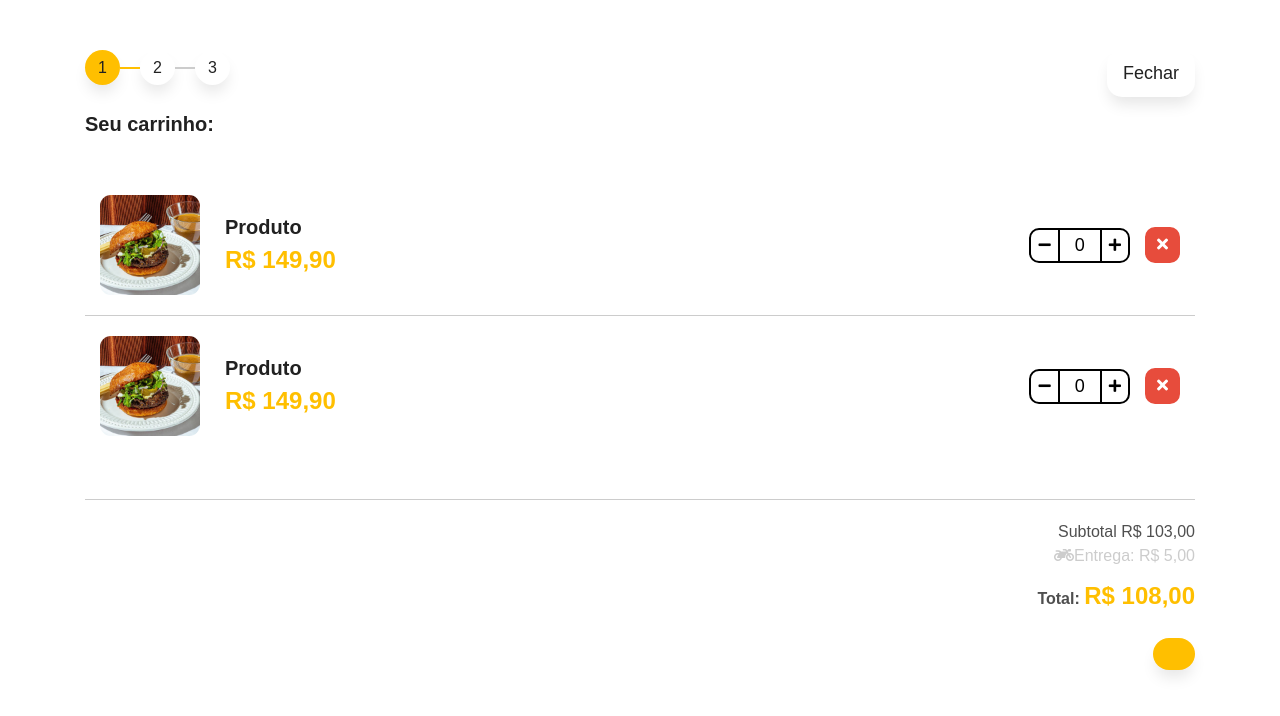
Repository: darkness318/restaraunt
Page: index.html
The author's editor kept a copy of each file at every save. The page is drawn from the files as they stood at one save, then again after the next save.
The browser window is 1280 px wide. The pictures show the window.
A layer covers the whole window, so only the first screen is drawn.

Above is the page before, as saved 2024-10-01 10:21:28.

### index.html
<!DOCTYPE html>
<html lang="pt-br">
  <head>
    <meta charset="UTF-8" />
    <meta name="viewport" content="width=device-width, initial-scale=1.0" />
    <title>Restaurente - Seja bem vindo!</title>
    <link rel="stylesheet" href="./css/bootstrap.min.css" />
    <link rel="stylesheet" href="./css/fontawesome.css" />
    <link rel="stylesheet" href="./css/main.css" />
  </head>

  <body>
    <section class="header">
      <div class="container">
        <nav class="navbar navbar-expand-lg pl-0 pr-0">
          <a class="navbar-brand" href="#">
            <img src="./img/logo.png" width="160" class="img-logo" />
          </a>
          <button
            class="navbar-toggler"
            type="button"
            data-toggle="collapse"
            data-target="#navbarNavDropdown"
          >
            <span class="navbar-toggler-icon">
              <i class="fas fa-bars"></i>
            </span>
          </button>
          <div class="collapse navbar-collapse" id="navbarNavDropdown">
            <ul class="navbar-nav ml-auto mr-auto">
              <li class="nav-item">
                <a href="#reservas" class="nav-link"><b>Reservas</b></a>
              </li>
              <li class="nav-item">
                <a href="#servicos" class="nav-link"><b>Serviços</b></a>
              </li>
              <li class="nav-item">
                <a href="#cardapio" class="nav-link"><b>Cardápio</b></a>
              </li>
              <li class="nav-item">
                <a href="#depoimentos" class="nav-link"><b>Depoimentos</b></a>
              </li>
            </ul>
            <a class="btn btn-white btn-icon">
              Meu carrinho
              <span class="icon">
                <i class="fa fa-shopping-bag"></i>
              </span>
            </a>
          </div>
        </nav>
      </div>
    </section>

    <section class="banner">
      <div class="container">
        <div class="row">
          <div class="col-6">
            <div class="d-flex text-banner">
              <h1>
                <b>Escolha sua comida <b class="color-primary">favorita.</b></b>
              </h1>
              <p>
                Aproveite nosso cardápio! Escolha o que desejar e receba em sua
                casa de forma rápida e segura.
              </p>
              <div>
                <a class="btn btn-yellow mt-4 mr-3"> Ver Cardápio </a>
                <a href="#" class="btn btn-white btn-icon-left mt-4">
                  <span class="icon-left">
                    <i class="fa fa-phone"></i>
                  </span>
                  (66) 9 9999-8888
                </a>
              </div>
            </div>
            <a class="btn btn-sm btn-white btn-social mt-4 mr-3">
              <i class="fab fa-instagram"></i>
            </a>
            <a class="btn btn-sm btn-white btn-social mt-4 mr-3">
              <i class="fab fa-facebook-f"></i>
            </a>
            <a class="btn btn-sm btn-white btn-social mt-4">
              <i class="fab fa-whatsapp"></i>
            </a>
          </div>
          <div class="col-6">
            <div class="card-banner"></div>
            <div class="d-flex img-banner">
              <img src="./img/burguer.png" />
            </div>
            <div class="card card-case">
              "Entrega rápida e funcionários simpáticos.
              <br />A comida chegou quente e <br />
              muito saborosa!"
              <span class="card-case-name">
                <b>Thiago Lopes</b>
              </span>
            </div>
          </div>
        </div>
      </div>
    </section>
    <section class="servicos" id="servicos">
      <div class="background-servicos"></div>

      <div class="container">
        <div class="class row">
          <div class="col-12 text-center mb-5">
            <span class="hint-title"><b>Serviços</b></span>
            <h1 class="title">
              <b>Como são nossos serviços?</b>
            </h1>
          </div>

          <div class="col-4 mb-5">
            <div class="card-icon text-center">
              <img src="./img/icone-pedido.svg" width="150 " />
            </div>

            <div class="card-text text-center mt-3">
              <p><b>Fácil de pedir</b></p>
              <span>
                Você só precisa de alguns passos para pedir sua comida.
              </span>
            </div>
          </div>

          <div class="col-4 mb-5">
            <div class="card-icon text-center">
              <img src="./img/icone-delivery.svg" width="250 " />
            </div>

            <div class="card-text text-center mt-3">
              <p><b>Entrega Rápida</b></p>
              <span> Nossa entrega é sempre pontual, rápida e segura. </span>
            </div>
          </div>

          <div class="col-4 mb-5">
            <div class="card-icon text-center">
              <img src="./img/icone-qualidade.svg" width="250 " />
            </div>

            <div class="card-text text-center mt-3">
              <p><b>Melhor qualidade</b></p>
              <span>
                Não só a rapidez na entrega, a qualidade também é o nosso forte.
              </span>
            </div>
          </div>
        </div>
      </div>
    </section>
    <section class="cardapio" id="cardapio">
      <div class="background-cardapio"></div>

      <div class="container">
        <div class="row">
          <div class="col-12 text-center mb-5">
            <span class="hint-title"><b>Cardápio</b></span>
            <h1 class="title">
              <b>Conheça o nosso Cardápio</b>
            </h1>
          </div>

          <div class="col-12 container-menu">
            <a class="btn btn-white btn-sm mr-3">
              <i class="fas fa-hamburger"></i>&nbsp;Burgers
            </a>
            <a class="btn btn-white btn-sm mr-3">
              <i class="fas fa-pizza-slice"></i>&nbsp;Pizzas
            </a>
            <a class="btn btn-white btn-sm mr-3">
              <i class="fas fa-drumstick-bite"></i>&nbsp;Churrasco
            </a>
            <a class="btn btn-white btn-sm mr-3">
              <i class="fas fa-bacon"></i>&nbsp;Steaks
            </a>
            <a class="btn btn-white btn-sm mr-3">
              <i class="fas fa-cocktail"></i>&nbsp;Bebidas
            </a>
            <a class="btn btn-white btn-sm mr-3">
              <i class="fas fa-ice-cream"></i>&nbsp;Sobremesas
            </a>
          </div>

          <div class="col-12">
            <div class="row" id="itensCardapio">
              <div class="col-3 mb-5">
                <div class="card card-item">
                  <div class="img-produto">
                    <img
                      src="./img/cardapio/burguers/burger-au-poivre-kit-4-pack.3ca0e39b02db753304cd185638dad518.jpg"
                    />
                  </div>
                  <p class="title-produto text-center mt-4">
                    <b>Nome do produto muito grande</b>
                  </p>
                  <p class="price-produto text-center">
                    <b>R$ 154,90</b>
                  </p>

                  <div class="add-carrinho">
                    <span class="btn-menos"><i class="fas fa-minus"></i></span>
                    <span class="btn-numero-itens">0</span>
                    <span class="btn-mais"><i class="fas fa-plus"></i></span>
                    <span class="btn btn-add"
                      ><i class="fa fa-shopping-bag"></i
                    ></span>
                  </div>
                </div>
              </div>

              <div class="col-3 mb-5">
                <div class="card card-item">
                  <div class="img-produto">
                    <img
                      src="./img/cardapio/burguers/burger-au-poivre-kit-4-pack.3ca0e39b02db753304cd185638dad518.jpg"
                    />
                  </div>
                  <p class="title-produto text-center mt-4">
                    <b>Nome do produto muito grande</b>
                  </p>
                  <p class="price-produto text-center">
                    <b>R$ 154,90</b>
                  </p>

                  <div class="add-carrinho">
                    <span class="btn-menos"><i class="fas fa-minus"></i></span>
                    <span class="btn-numero-itens">0</span>
                    <span class="btn-mais"><i class="fas fa-plus"></i></span>
                    <span class="btn btn-add"
                      ><i class="fa fa-shopping-bag"></i
                    ></span>
                  </div>
                </div>
              </div>

              <div class="col-3 mb-5">
                <div class="card card-item">
                  <div class="img-produto">
                    <img
                      src="./img/cardapio/burguers/burger-au-poivre-kit-4-pack.3ca0e39b02db753304cd185638dad518.jpg"
                    />
                  </div>
                  <p class="title-produto text-center mt-4">
                    <b>Nome do produto muito grande</b>
                  </p>
                  <p class="price-produto text-center">
                    <b>R$ 154,90</b>
                  </p>

                  <div class="add-carrinho">
                    <span class="btn-menos"><i class="fas fa-minus"></i></span>
                    <span class="btn-numero-itens">0</span>
                    <span class="btn-mais"><i class="fas fa-plus"></i></span>
                    <span class="btn btn-add"
                      ><i class="fa fa-shopping-bag"></i
                    ></span>
                  </div>
                </div>
              </div>

              <div class="col-3 mb-5">
                <div class="card card-item">
                  <div class="img-produto">
                    <img
                      src="./img/cardapio/burguers/burger-au-poivre-kit-4-pack.3ca0e39b02db753304cd185638dad518.jpg"
                    />
                  </div>
                  <p class="title-produto text-center mt-4">
                    <b>Nome do produto muito grande</b>
                  </p>
                  <p class="price-produto text-center">
                    <b>R$ 154,90</b>
                  </p>

                  <div class="add-carrinho">
                    <span class="btn-menos"><i class="fas fa-minus"></i></span>
                    <span class="btn-numero-itens">0</span>
                    <span class="btn-mais"><i class="fas fa-plus"></i></span>
                    <span class="btn btn-add"
                      ><i class="fa fa-shopping-bag"></i
                    ></span>
                  </div>
                </div>
              </div>
            </div>
          </div>
          <div class="col-12 text-center">
            <a class="btn btn-white btn-sm">Ver mais</a>
          </div>
        </div>
      </div>
    </section>
    <section class="depoimentos" id="depoimentos">
      <div class="background-depoimentos"></div>
      <div class="container">
        <div class="row">
          <div class="col-5 text-center">
            <div class="card-depoimentos"></div>
            <div class="d-flex img-banner">
              <img src="./img/pizzas.png" />
            </div>
          </div>

          <div class="col-7">
            <span class="hint-title"><b>Depoimentos</b></span>
            <h1 class="title">
              <b>O que dizem sobre nós</b>
            </h1>
            <div class="mb-5">
              <div class="depoimento" id="depoimento-1">
                <div class="container-dados-depoimento">
                  <div class="imagem-depoimento"></div>
                  <div>
                    <p class="nome-depoimento"><b>Diego Pereira</b></p>
                    <p class="nota-depoimento">
                      <i class="fas fa-star"></i>
                      <i class="fas fa-star"></i>
                      <i class="fas fa-star"></i>
                      <i class="fas fa-star"></i>
                      <i class="fas fa-star-half-alt"></i>&nbsp;
                      <span>4.5</span>
                    </p>
                  </div>
                </div>
                <p class="texto-depoimento">
                  <i class="fas fa-quote-left"></i>
                  <span>
                    Muito bom, recomendo demais! Comida muito bem feita pelo
                    chefe, atendimento dentro dos parâmetros e boa comunicação
                    com o cliente.
                  </span>
                  <i class="fas fa-quote-right"></i>
                </p>
              </div>

              <div class="depoimento hidden" id="depoimento-2">
                <div class="container-dados-depoimento">
                  <div class="imagem-depoimento"></div>
                  <div>
                    <p class="nome-depoimento"><b>Ana Beatriz</b></p>
                    <p class="nota-depoimento">
                      <i class="fas fa-star"></i>
                      <i class="fas fa-star"></i>
                      <i class="fas fa-star"></i>
                      <i class="fas fa-star"></i>
                      <i class="fas fa-star"></i>&nbsp; <span>5.0</span>
                    </p>
                  </div>
                </div>
                <p class="texto-depoimento">
                  <i class="fas fa-quote-left"></i>
                  <span>
                    Um jantar perfeito do começo ao fim. Comida, experiência,
                    serviço... foi tão maravilhoso que fomos dois dias seguidos
                    - fato inédito para mim em uma viagem.
                  </span>
                  <i class="fas fa-quote-right"></i>
                </p>
              </div>

              <div class="depoimento hidden" id="depoimento-3">
                <div class="container-dados-depoimento">
                  <div class="imagem-depoimento"></div>
                  <div>
                    <p class="nome-depoimento"><b>João Guilherme</b></p>
                    <p class="nota-depoimento">
                      <i class="fas fa-star"></i>
                      <i class="fas fa-star"></i>
                      <i class="fas fa-star"></i>
                      <i class="fas fa-star"></i>
                      <i class="far fa-star"></i>&nbsp; <span>4.0</span>
                    </p>
                  </div>
                </div>
                <p class="texto-depoimento">
                  <i class="fas fa-quote-left"></i>
                  <span>
                    A comida estava excelente e o serviço gentil nos
                    surpreendeu! Dica: reserve umas 3 horas para ter uma
                    experiência incrível.
                  </span>
                  <i class="fas fa-quote-right"></i>
                </p>
              </div>
            </div>

            <a class="btn btn-sm btn-white btn-social mr-3 active">1</a>
            <a class="btn btn-sm btn-white btn-social mr-3">2</a>
            <a class="btn btn-sm btn-white btn-social">3</a>
          </div>
        </div>
      </div>
    </section>
    <section class="reserva" id="reserva">
      <div class="container">
        <div class="row">
          <div class="col-12">
            <div class="card-secondary">
              <div class="row">
                <div class="col-7">
                  <span class="hint-title"><b>Reserva</b></span>
                  <h1 class="title">
                    <b>Quer reservar um horário?</b>
                  </h1>
                  <p class="pr-5">
                    Mande uma mensagem clicando no botão abaixo
                    <br />
                    Reserve sua data e horário de forma simples e rápida.
                  </p>
                  <a class="btn btn-yellow mt-4"> Fazer reserva </a>
                </div>

                <div class="col-5">
                  <div class="card-reserva"></div>
                  <div class="d-flex img-banner">
                    <img src="./img/icone-reserva.svg" />
                  </div>
                </div>
              </div>
            </div>
          </div>
        </div>
      </div>
    </section>

    <section class="footer">
      <div class="container">
        <div class="row">
          <div class="col-3 container-logo-footer">
            <img class="logo-footer" src="./img/logo.png" />
          </div>

          <div class="col-6 container-texto-footer">
            <p class="mb-0">
              <b>Menu On-line</b> &copy; Todos os direitos reservados
            </p>
          </div>

          <div class="col-3 container-redes-footer">
            <a class="btn btn-sm btn-white btn-social mr-3">
              <i class="fab fa-instagram"></i>
            </a>
            <a class="btn btn-sm btn-white btn-social mr-3">
              <i class="fab fa-facebook-f"></i>
            </a>
            <a class="btn btn-sm btn-white btn-social">
              <i class="fab fa-whatsapp"></i>
            </a>
          </div>
        </div>
      </div>
    </section>

    <div class="modal-full" id="modalCarrinho">
      <div class="m-header">
        <div class="container">
          <a class="btn btn-white btn-sm float-right"> Fechar </a>

          <div class="etapas">
            <div class="etapa etapa1 active">1</div>
            <div class="etapa etapa2">2</div>
            <div class="etapa etapa3">3</div>
          </div>
          <p class="title-carrinho mt-4">
            <b id="lblTituloEtapa">Seu carrinho:</b>
          </p>
        </div>
      </div>

      <div class="m-body">
        <div class="container">
          <div id="itensCarrinho" class="row mr-0 ml-0">
            <div class="col-12 item-carrinho">
              <div class="img-produto">
                <img
                  src="./img/cardapio/burguers/burger-au-poivre-kit-4-pack.3ca0e39b02db753304cd185638dad518.jpg"
                />
              </div>
              <div class="dados-produto">
                <p class="title-produto"><b>Produto</b></p>
                <p class="price-produto"><b>R$ 149,90</b></p>
              </div>
              <div class="add-carrinho">
                <span class="btn-menos"><i class="fas fa-minus"></i></span>
                <span class="btn-numero-itens">0</span>
                <span class="btn-mais"><i class="fas fa-plus"></i></span>
                <span class="btn btn-remove"><i class="fa fa-times"></i></span>
              </div>
            </div>
            <!-- segundo item do carrinho   -->
            <div class="col-12 item-carrinho">
              <div class="img-produto">
                <img
                  src="./img/cardapio/burguers/burger-au-poivre-kit-4-pack.3ca0e39b02db753304cd185638dad518.jpg"
                />
              </div>
              <div class="dados-produto">
                <p class="title-produto"><b>Produto</b></p>
                <p class="price-produto"><b>R$ 149,90</b></p>
              </div>
              <div class="add-carrinho">
                <span class="btn-menos"><i class="fas fa-minus"></i></span>
                <span class="btn-numero-itens">0</span>
                <span class="btn-mais"><i class="fas fa-plus"></i></span>
                <span class="btn btn-remove"><i class="fa fa-times"></i></span>
              </div>
            </div>
          </div>

          <div id="localEntrega" class="row mr-0 ml-0 hidden"></div>

          <div id="resumoCarrinho" class="row mr-0 ml-0 hidden"></div>
        </div>
      </div>

      <div class="m-footer">
        <div class="container">
          <div class="container-total text-right mb-4 ">
            <p class="mb-0">
              <span>Subtotal</span>
              <span id="lblSubtotal">R$ 103,00</span>
            </p>
            <p class="mb-0 texto-entrega">
              <span><i class="fas fa-motorcycle"></i>Entrega:</span>
              <span id="lblValorEntrega">R$ 5,00</span>
            </p>
            <p class="mb-0 texto-total"></p>
              <span><b>Total:</b></span>
              <span class="valor-total" id="lblValorTotal"><b>R$ 108,00</b></span>
            </p>
          </div>
          <a class="btn btn-yellow float-right" id="btnEtapaPedido"></a>
        </div>
      </div>
    </div>

    <script type="text/javascript" src="./js/jquery-1.12.4.min.js"></script>
    <script type="text/javascript" src="./js/modernizr-3.5.0.min.js"></script>
    <script type="text/javascript" src="./js/bootstrap.min.js"></script>
    <script type="text/javascript" src="./js/popper.min.js"></script>
  </body>
</html>

Loaded but not shown: css/bootstrap.min.css (library); css/fontawesome.css (library); js/jquery-1.12.4.min.js (library); js/modernizr-3.5.0.min.js (library); js/bootstrap.min.js (library); js/popper.min.js (library); css/main.css (621 lines, source omitted)

After the next save:
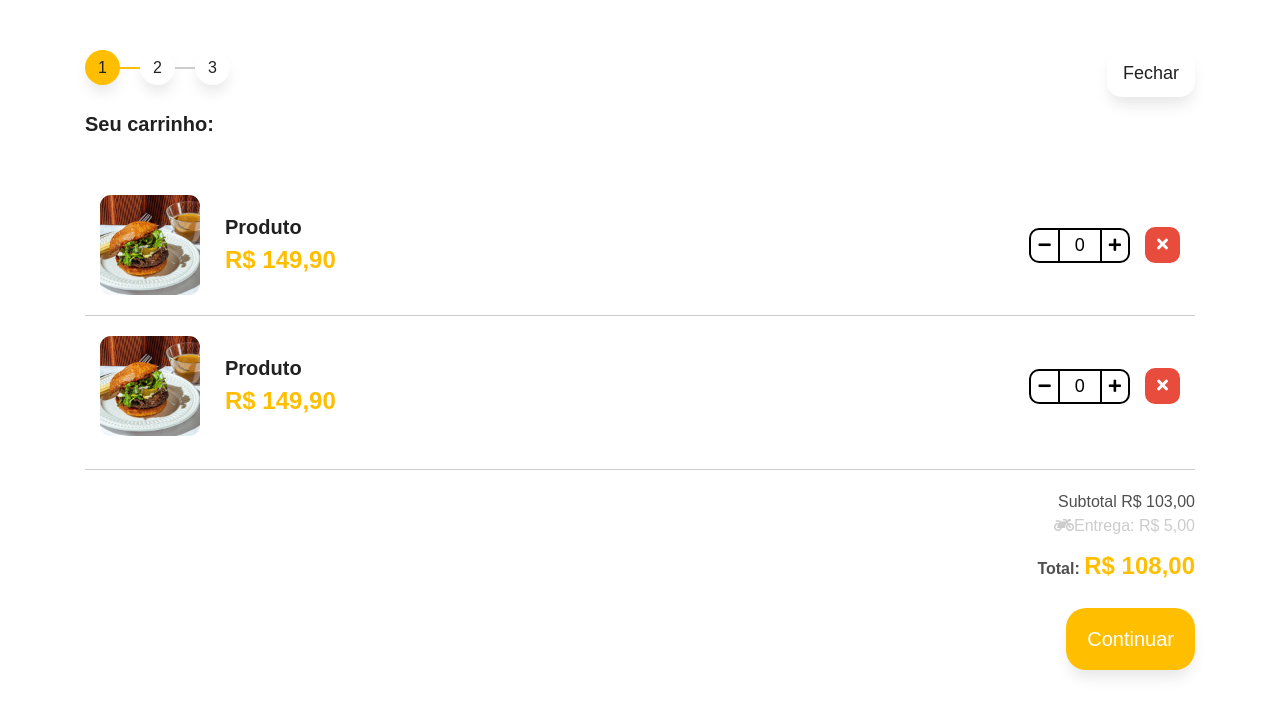
Saved 3 s later.
--- a/index.html
+++ b/index.html
@@ -533,7 +533,7 @@
               <span class="valor-total" id="lblValorTotal"><b>R$ 108,00</b></span>
             </p>
           </div>
-          <a class="btn btn-yellow float-right" id="btnEtapaPedido"></a>
+          <a class="btn btn-yellow float-right" id="btnEtapaPedido">Continuar</a>
         </div>
       </div>
     </div>
